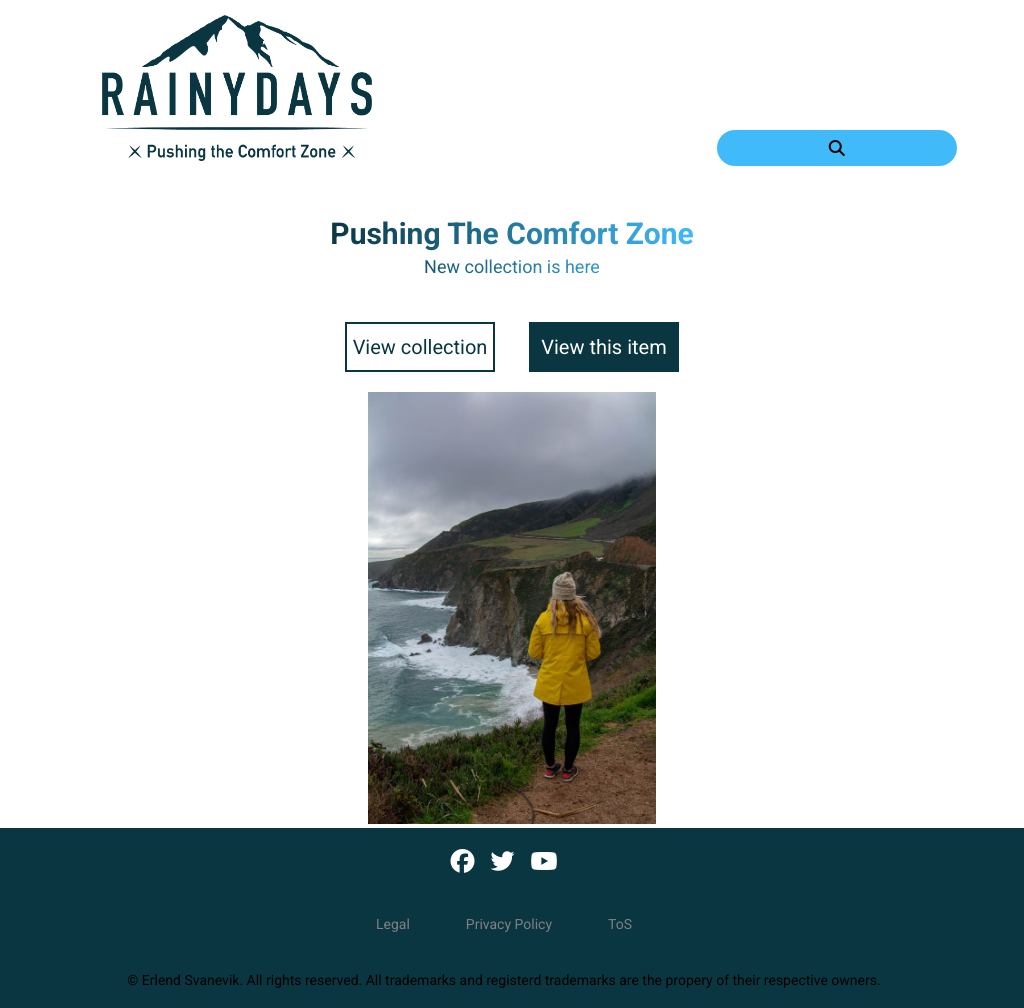
Repository: EpleWasTaken/RainyDays
Page: index.html
The author's editor kept a copy of each file at every save. The page is drawn from the files as they stood at one save, then again after the next save.
The browser window is 1024 px wide. The pictures show the whole page.
Some web libraries are served in a nearby version.

Above is the page before, as saved 2020-10-31 17:09:59.

After the next save:
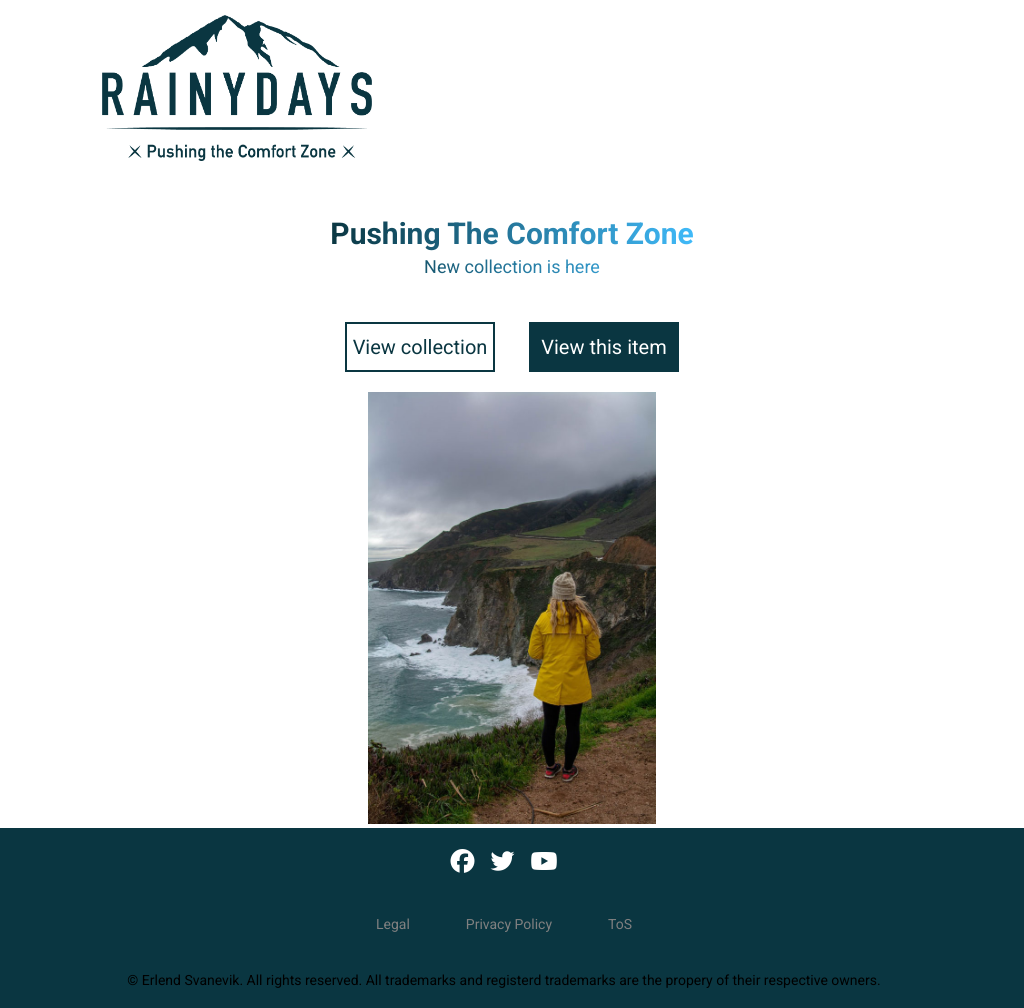
Saved 24 s later.
--- a/css/styles.css
+++ b/css/styles.css
@@ -212,7 +212,7 @@ nav {
 		display: none;
 	}
 
-	.search-bos {
+	.search-box {
 		display: none;
 	}
 }
